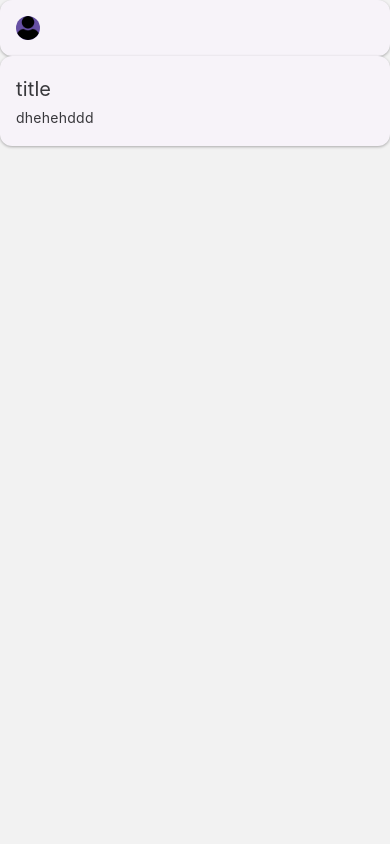
Repository: tijanidevit/merchantApp
Screen: /
The author's editor kept a copy of each file at every save. The screen is drawn from the files as they stood at one save, then again after the next save.
The app was drawn by React Native's web renderer in a window 390 px wide. The project was rebuilt for these pictures with package versions that can differ from the ones it lists, and the page was loaded fresh each time.

Above is the screen before, as saved 2023-09-28 00:14:16.

After the next save:
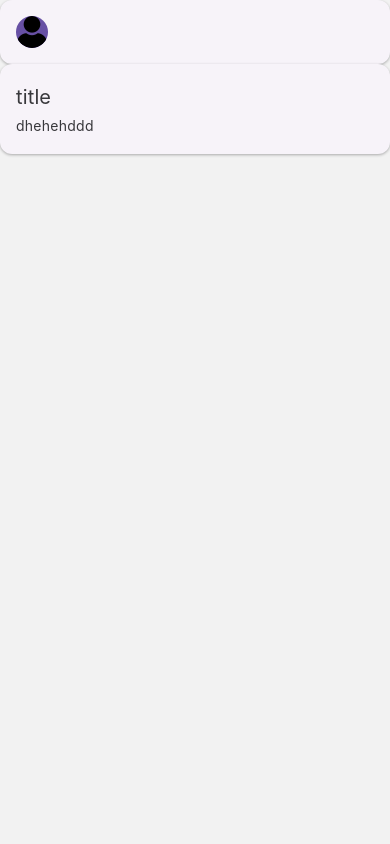
Saved 28 s later.
--- a/screens/Student/Home.js
+++ b/screens/Student/Home.js
@@ -6,7 +6,7 @@ export const Home = () => {
         <>
             <Card>
                 <Card.Content>
-                    <Avatar.Image size={24} source={require('../../assets/user.png')} />
+                    <Avatar.Image size={32} source={require('../../assets/user.png')} />
                 </Card.Content>
             </Card>
             <Card>
